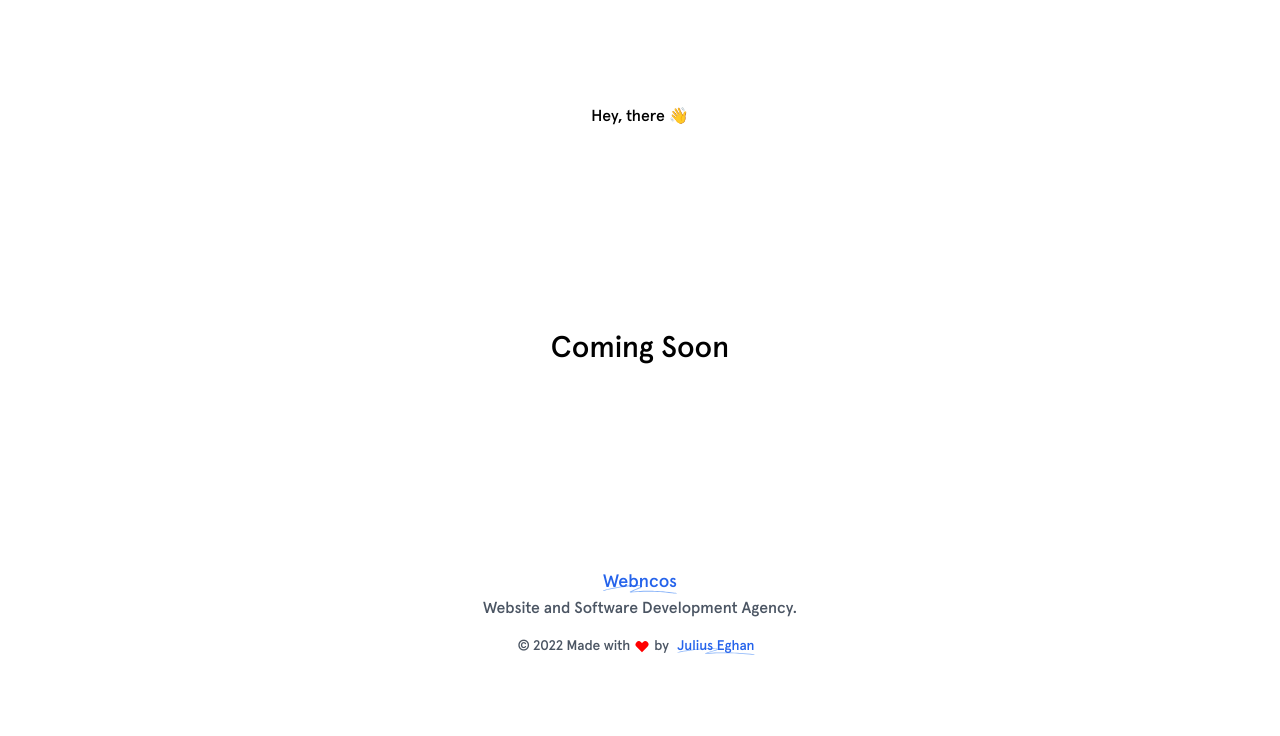
Repository: 1realjulius/webncos
Page: /
The author's editor kept a copy of each file at every save. The page is drawn from the files as they stood at one save, then again after the next save.
The browser window is 1280 px wide. The pictures show the whole page.
The project was rebuilt for these pictures with package versions that can differ from the ones it lists, and the page was loaded fresh each time. The framework's server and built-in components were replaced by stand-ins that run in the browser. Also part of the build but not shown: next.config.js.

Above is the page before, as saved 2022-08-13 06:06:40.

### pages/index.tsx
import type { NextPage } from 'next'
import Head from 'next/head'
import Image from 'next/image'
import ComingSoon from '../components/ComingSoon'

const Home: NextPage = () => {
  return (
    <div className="flex min-h-screen flex-col items-center justify-center py-2 font-ApercuMedium">
      <Head>
      <title>Webncos</title>
        <meta name="description" content="Website and Software Development Agency." />
        <meta property="og:type" content="website"/>
        <meta property="og:url" content="https://www.webncos.com/"/>
        <meta property="og:title" content="Webncos — Website and Software Development Agency."/>
        <meta property="og:description" content="Website and Software Development Agency."/>
        {/* <meta property="og:image" content="/Assets/newmemoji.svg"/> */}
        {/* <meta property="twitter:card" content="/Assets/Julius_Eghan.jpg"/> */}
        <meta property="twitter:url" content="https://www.webncos.com/"/>
        <meta property="twitter:title" content="Webncos — Website and Software Development Agency."/>
        <meta property="twitter:description" content="Website and Software Development Agency."/>
        {/* <meta property="twitter:image" content="/Assets/Julius_Eghan.jpg"/> */}
        <link rel="icon" href="/favicon.ico" />
        {/* <meta name="google-site-verification" content="0HesePHVymRqGiL70HUKPIq0Zsap0uUIb_Ci0DpImRY" /> */}
        <meta name="theme-color" content="#f7f2f2"   media="(prefers-color-scheme: light)"/>
        <meta name="theme-color" content="#090c10"   media="(prefers-color-scheme: dark)"/>
      </Head>
      <ComingSoon/>

    </div>
  )
}

export default Home

### styles/globals.css
@tailwind base;
@tailwind components;
@tailwind utilities;

@layer base{
      @font-face{
        font-family: 'ApercuBold';
        src: url("/Fonts/ApercuPro-Bold.woff") format("woff"),url("/Fonts/ApercuPro-Bold.woff2") format("woff2");
      }
      @font-face{
        font-family: 'ApercuMedium';
        src: url("/Fonts/ApercuPro-Medium.woff") format("woff"),url("/Fonts/ApercuPro-Medium.woff2") format("woff2");
      }
    }

### components/ComingSoon.tsx
import Link from "next/link";
import React from "react";

const ComingSoon = () => {
  return (
    <div className="min-h-screen flex flex-col items-center justify-between md:p-8 p-6">
      <div className="flex flex-col items-center justify-center pt-16">
        <h1 className="">Hey, there 👋</h1>
      </div>
      <div className="flex flex-col items-center justify-center">
        <h1 className="text-3xl leading-none">Coming Soon</h1>
      </div>
      <div className="flex flex-col items-center justify-center mb-6">
        <div>
          <h1 className="text-lg">
            <span className="relative whitespace-nowrap text-blue-600 cursor-pointer mx-2">
              <svg
                aria-hidden="true"
                viewBox="0 0 418 42"
                className="absolute top-2/3 left-0 h-[0.48em] w-full fill-blue-500/60"
                preserveAspectRatio="none"
              >
                <path d="M203.371.916c-26.013-2.078-76.686 1.963-124.73 9.946L67.3 12.749C35.421 18.062 18.2 21.766 6.004 25.934 1.244 27.561.828 27.778.874 28.61c.07 1.214.828 1.121 9.595-1.176 9.072-2.377 17.15-3.92 39.246-7.496C123.565 7.986 157.869 4.492 195.942 5.046c7.461.108 19.25 1.696 19.17 2.582-.107 1.183-7.874 4.31-25.75 10.366-21.992 7.45-35.43 12.534-36.701 13.884-2.173 2.308-.202 4.407 4.442 4.734 2.654.187 3.263.157 15.593-.78 35.401-2.686 57.944-3.488 88.365-3.143 46.327.526 75.721 2.23 130.788 7.584 19.787 1.924 20.814 1.98 24.557 1.332l.066-.011c1.201-.203 1.53-1.825.399-2.335-2.911-1.31-4.893-1.604-22.048-3.261-57.509-5.556-87.871-7.36-132.059-7.842-23.239-.254-33.617-.116-50.627.674-11.629.54-42.371 2.494-46.696 2.967-2.359.259 8.133-3.625 26.504-9.81 23.239-7.825 27.934-10.149 28.304-14.005.417-4.348-3.529-6-16.878-7.066Z"></path>
              </svg>
              <span className="relative">Webncos</span>
            </span>
          </h1>
        </div>
        <div>
          <p className="text-gray-600">
            Website and Software Development Agency.
          </p>
        </div>
        <div>
          <p className="flex flex-row text-sm my-4 text-gray-600">
            <span className="flex flex-row items-center">
            <span>© 2022 Made with{" "}</span>
              <span>
                <svg
                  xmlns="http://www.w3.org/2000/svg"
                  className="h-4 w-4 mx-1"
                  viewBox="0 0 20 20"
                  fill="red"
                >
                  <path
                    fill-rule="evenodd"
                    d="M3.172 5.172a4 4 0 015.656 0L10 6.343l1.172-1.171a4 4 0 115.656 5.656L10 17.657l-6.828-6.829a4 4 0 010-5.656z"
                    clip-rule="evenodd"
                  />
                </svg>
              </span>{" "}
              by
            </span>
            <Link href="https://www.iamjulius.com/">
              <span className="relative whitespace-nowrap text-blue-600 cursor-pointer mx-2">
                <svg
                  aria-hidden="true"
                  viewBox="0 0 418 42"
                  className="absolute top-2/3 left-0 h-[0.48em] w-full fill-blue-500/60"
                  preserveAspectRatio="none"
                >
                  <path d="M203.371.916c-26.013-2.078-76.686 1.963-124.73 9.946L67.3 12.749C35.421 18.062 18.2 21.766 6.004 25.934 1.244 27.561.828 27.778.874 28.61c.07 1.214.828 1.121 9.595-1.176 9.072-2.377 17.15-3.92 39.246-7.496C123.565 7.986 157.869 4.492 195.942 5.046c7.461.108 19.25 1.696 19.17 2.582-.107 1.183-7.874 4.31-25.75 10.366-21.992 7.45-35.43 12.534-36.701 13.884-2.173 2.308-.202 4.407 4.442 4.734 2.654.187 3.263.157 15.593-.78 35.401-2.686 57.944-3.488 88.365-3.143 46.327.526 75.721 2.23 130.788 7.584 19.787 1.924 20.814 1.98 24.557 1.332l.066-.011c1.201-.203 1.53-1.825.399-2.335-2.911-1.31-4.893-1.604-22.048-3.261-57.509-5.556-87.871-7.36-132.059-7.842-23.239-.254-33.617-.116-50.627.674-11.629.54-42.371 2.494-46.696 2.967-2.359.259 8.133-3.625 26.504-9.81 23.239-7.825 27.934-10.149 28.304-14.005.417-4.348-3.529-6-16.878-7.066Z"></path>
                </svg>
                <span className="relative">Julius Eghan</span>
              </span>
            </Link>
          </p>
        </div>
      </div>
    </div>
  );
};

export default ComingSoon;

### tailwind.config.js
/** @type {import('tailwindcss').Config} */
module.exports = {
  content: [
    './pages/**/*.{js,ts,jsx,tsx}',
    './components/**/*.{js,ts,jsx,tsx}',
  ],
  theme: {
    extend: {
      fontFamily: {
        ApercuBold: 'ApercuBold, sans',
        ApercuMedium: 'ApercuMedium, sans',
      },
    },
  },
  plugins: [],
}

Loaded but not shown: pages/_app.tsx (common file)

After the next save:
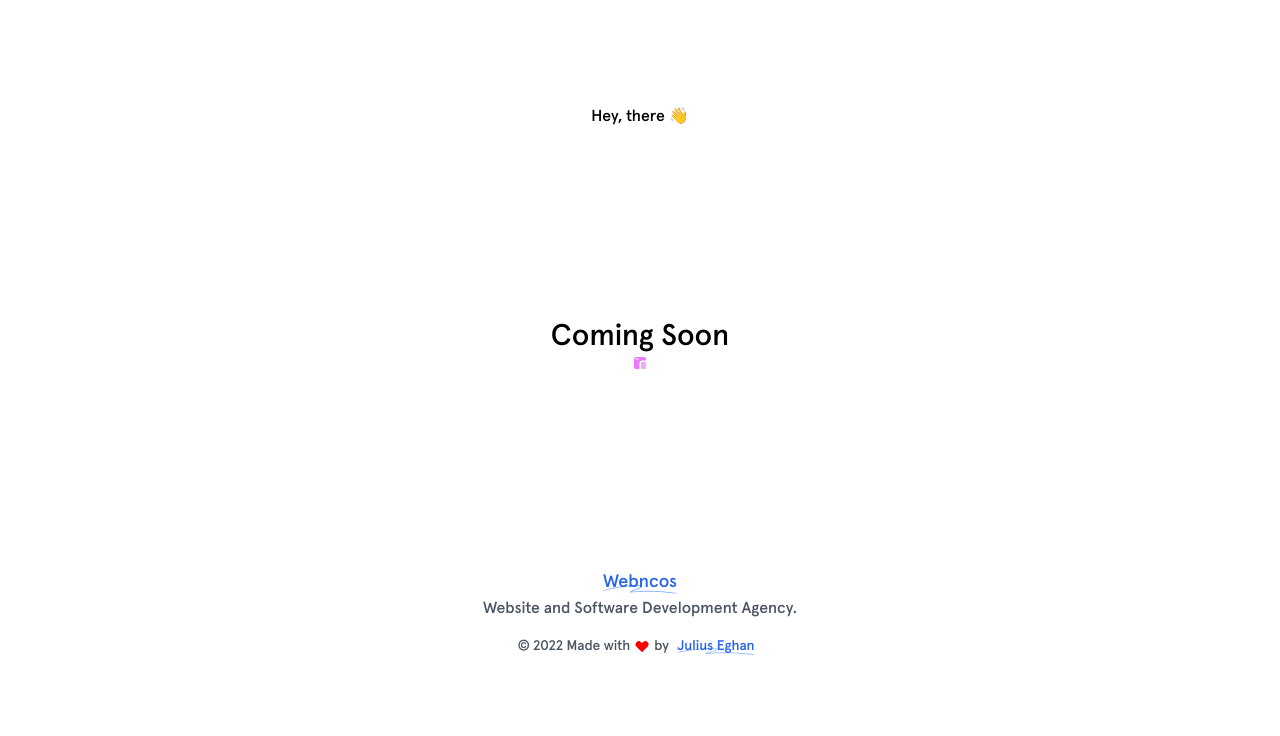
Saved 11 h 6 min later.
--- a/components/ComingSoon.tsx
+++ b/components/ComingSoon.tsx
@@ -9,6 +9,12 @@ const ComingSoon = () => {
       </div>
       <div className="flex flex-col items-center justify-center">
         <h1 className="text-3xl leading-none">Coming Soon</h1>
+        <span>
+          <svg className="h-6 w-6" viewBox="0 0 24 24" fill="none">
+            <path fill-rule="evenodd" clip-rule="evenodd" d="M8 6C6.89543 6 6 6.89543 6 8V16C6 17.1046 6.89543 18 8 18H10.5C11.0523 18 11.5 17.5523 11.5 17V12C11.5 10.6193 12.6193 9.5 14 9.5H18V8C18 6.89543 17.1046 6 16 6H8ZM7.25 8C7.25 7.58579 7.58579 7.25 8 7.25H8.01C8.42421 7.25 8.76 7.58579 8.76 8C8.76 8.41421 8.42421 8.75 8.01 8.75H8C7.58579 8.75 7.25 8.41421 7.25 8ZM10 7.25C9.58579 7.25 9.25 7.58579 9.25 8C9.25 8.41421 9.58579 8.75 10 8.75H10.01C10.4242 8.75 10.76 8.41421 10.76 8C10.76 7.58579 10.4242 7.25 10.01 7.25H10Z" fill="#E879F9" className="fill-fuchsia-400 group-hover:fill-fuchsia-500 dark:group-hover:fill-fuchsia-300 dark:fill-slate-300"></path>
+            <path d="M13 12C13 11.4477 13.4477 11 14 11H17C17.5523 11 18 11.4477 18 12V17C18 17.5523 17.5523 18 17 18H14C13.4477 18 13 17.5523 13 17V12Z" fill="#F0ABFC" className="fill-fuchsia-300 group-hover:fill-fuchsia-400 dark:fill-slate-400"></path>
+          </svg>
+        </span>
       </div>
       <div className="flex flex-col items-center justify-center mb-6">
         <div>
